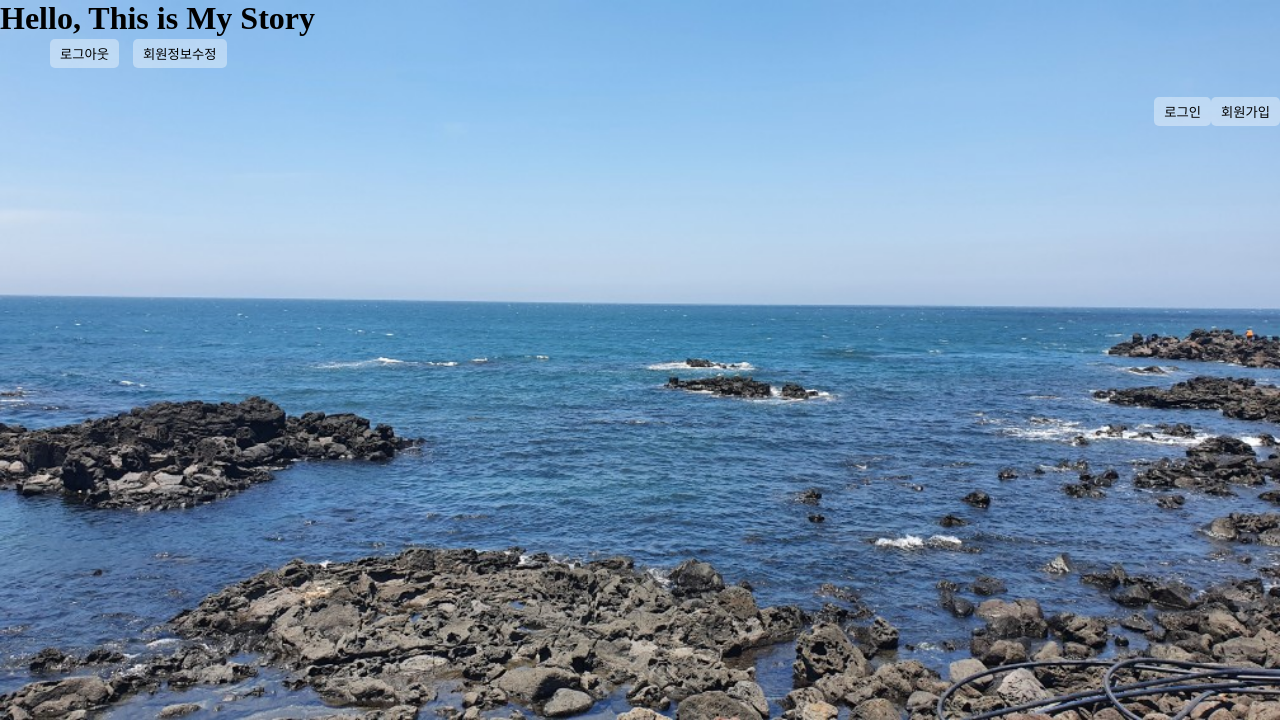
Repository: jeeniii/test2022_12_29
Page: http://localhost/portfolio/mem/login_auth
The author's editor kept a copy of each file at every save. The page is drawn from the files as they stood at one save, then again after the next save.
The browser window is 1280 px wide. The pictures show the whole page.
The page is served by Tomcat 9. Other server files are loaded and not shown. Queries for data that is not in the repository find no rows.

Above is the page before, as saved 2022-12-13 06:01:27.

### JSP_Portfolio/portfolio/src/main/webapp/index.jsp
<%@ page language="java" contentType="text/html; charset=UTF-8"
    pageEncoding="UTF-8"%>
<%@ taglib uri="http://java.sun.com/jsp/jstl/core" prefix="c" %>
<!DOCTYPE html>
<html>
<head>
<meta charset="UTF-8">
<title>Insert title here</title>
<link rel="stylesheet" href="/resources/css/index.css" type="text/css">
</head>
<body>
	<header>
		<div class="topic">
			<h1>Hello, This is My Story</h1>
		</div>
		<div class="realHeader">
			<div class="headbar">
				<ul>
					<li>
					<c:if test="${ses.id ne null }">
						${ses.nick_name }님
					</c:if>
					</li>
					<li>
						<a href="/mem/logout?id=${ses.id }"><button type="button">로그아웃</button></a>
					</li>
					<li>
						<a href="/mem/modify?id=${ses.id }"><button type="button">회원정보수정</button></a>
					</li>
				</ul>
			</div>
		</div>
	</header>
<div class="main_container">
	<div class="main_container2">

		<div class="sub_container">
			<c:if test="${ses.id ne null }">
				<a href="/mem/list"><button type="button">함께하는 이웃들</button></a> <br>
				<a href="/brd/register"><button type="button">게시판 등록</button></a> <br>
				<a href="/brd/pageList"><button type="button">게시판 리스트</button></a><br>
				<a href="/mem/remove?id=${ses.id }" onclick="return confirm('정말 탈퇴하시겠습니까?');"><button type="button">회원 탈퇴</button></a>
			</c:if>
		</div>
	</div>

		<c:if test="${ses.id eq null }">
			<a href="/mem/login"><button type="button">로그인</button></a>
			<a href="/mem/join"><button type="button"> 회원가입</button></a> <br>
		</c:if>
</div>

<script type="text/javascript">
const msg='<c:out value="${msg_login }" />';
console.log(msg);
if(msg =="true"){ //console.log(typeof(msg)); 결과 string이 찍혀서 ""로 감쌌다.
	const id='<c:out value="${ses.nick_name}"/>';
	console.log(id);
	if(id != null){
		alert(id+ "님 환영합니다.");
	}
}else if(msg=="false"){
	alert("아이디 또는 패스워드가 틀립니다.");
}


const msg2='<c:out value="${msg_register }" />';
console.log(msg2);
if(msg2=="false"){
	alert("모든 항목을 입력해주세요");
}else if(msg2=="true"){
	alert("회원가입을 환영합니다.");
}
</script>
</body>
</html>

### JSP_Portfolio/portfolio/src/main/java/controller/MemberController.java
package controller;

import java.io.IOException;
import java.util.List;

import javax.servlet.RequestDispatcher;
import javax.servlet.ServletException;
import javax.servlet.annotation.WebServlet;
import javax.servlet.http.HttpServlet;
import javax.servlet.http.HttpServletRequest;
import javax.servlet.http.HttpServletResponse;
import javax.servlet.http.HttpSession;

import org.slf4j.Logger;
import org.slf4j.LoggerFactory;

import domain.MemberVO;
import service.MemberService;
import service.MemberServiceImpl;

@WebServlet("/mem/*")
public class MemberController extends HttpServlet {
	private static final long serialVersionUID = 1L;
	private Logger log=LoggerFactory.getLogger(MemberController.class);
    private MemberService msv;
    private RequestDispatcher rdp;
    private String destPage;
    private int isOk;

    public MemberController() {
    	msv=new MemberServiceImpl();
    }

	protected void service(HttpServletRequest req, HttpServletResponse res) throws ServletException, IOException {
		req.setCharacterEncoding("utf-8");
		res.setCharacterEncoding("utf-8");
		res.setContentType("text/html; charset=utf-8");

		String uri=req.getRequestURI();
		String path=uri.substring(uri.lastIndexOf("/")+1);
		log.info("uri>> "+uri);
		log.info("path>> "+path);

		switch(path) {
		case "login":
			destPage="/member/login.jsp";
			break;

		case "join":
			destPage="/member/join.jsp";

			break;

		case "register":
			try {
				log.info("register check1");
				MemberVO mvo=new MemberVO(
						req.getParameter("id"),
						req.getParameter("pwd"),
						req.getParameter("nick_name"),
						req.getParameter("phone"),
						req.getParameter("addr1")+req.getParameter("addr2"));
				System.out.println(mvo.getId()=="");
				System.out.println(mvo.getPwd()=="");
				System.out.println(mvo.getNick_name()=="");
				System.out.println(mvo.getPhone()=="");
				if(
						mvo.getId()==""||
						mvo.getPwd()==""||
						mvo.getNick_name()==""||
						mvo.getPhone()=="") {
					log.info("Resend check");
					req.setAttribute("msg_register", false);
					//res.sendRedirect("/");
					destPage="/";
					//return;
				}else {
					isOk=msv.register(new MemberVO(
							req.getParameter("id"),
							req.getParameter("pwd"),
							req.getParameter("nick_name"),
							req.getParameter("phone"),
							req.getParameter("addr1").concat(", ").concat(req.getParameter("addr2"))));
					//concate으로 addr1과 addr2를 이어 붙이면서 그 가운데에 ", "도 더해준다.
					if(isOk>0) {
						req.setAttribute("msg_register", true);
					}
					log.info("register check4");
					destPage="/";
				}
			} catch (Exception e) {
				log.info("register error");
				e.printStackTrace();
			}
			break;

		case "login_auth": //실제 로그인이 일어나는 케이스
			try {
				MemberVO mvo=msv.login(new MemberVO(req.getParameter("id"),req.getParameter("pwd")));
				log.info("login check");
				if(mvo != null) {
					//세션 가져오기. 연결된 세션이 없다면 새로 생성
					HttpSession ses=req.getSession();
					//ses로 mvo를 바인딩
					ses.setAttribute("ses", mvo);
					ses.setMaxInactiveInterval(10*60);
					req.setAttribute("msg_login", true);
				}else {
					req.setAttribute("msg_login", false);
				}
				destPage="/";
			} catch (Exception e) {
				log.info("login_auth error");
				e.printStackTrace();
			}
			break;

		case "logout":
			try {
				HttpSession ses=req.getSession();
				ses.invalidate(); //무효화하다
				//로그인 정보 id를 주고 로그인 시간 update
				isOk=msv.lastLogin(req.getParameter("id"));
				log.info("check1");
				log.info("logout>> :"+(isOk>0?"Ok":"Fail"));
				destPage="/";
			} catch (Exception e) {
				log.info("logout error");
				e.printStackTrace();
			}
			break;

		case "list":
			try {
				log.info("list 1");
				List<MemberVO> list=msv.getList();
				req.setAttribute("list", list);
				log.info("list 4");
				destPage="/member/list.jsp";
			} catch (Exception e) {
				log.info("list error");
				e.printStackTrace();
			}
			break;

		case "modify":
			try {
				log.info("modify1");
				String id=req.getParameter("id");
				MemberVO mvo=msv.modify(id);
				req.setAttribute("mvo", mvo);
				log.info("modify4");
				destPage="/member/modify.jsp";
			} catch (Exception e) {
				log.info("modify error");
				e.printStackTrace();
			}
			break;

		case "update":
			try {
				log.info("update1");
				String id=req.getParameter("id");
				String pwd=req.getParameter("pwd");
				String nick_name=req.getParameter("nick_name");
				String phone=req.getParameter("phone");
				String addr=req.getParameter("addr1").concat(", ").concat(req.getParameter("addr2"));
				MemberVO mvo=new MemberVO(id,pwd,nick_name,phone,addr);
				isOk=msv.update(mvo);
				log.info("update4");
				if(isOk>0) {
					HttpSession ses=req.getSession();
					ses.setAttribute("ses", mvo);
					ses.setMaxInactiveInterval(10*60);
				}else {
					req.setAttribute("msg_update", 0);
				}
				log.info("controller update> "+(isOk>0?"ok":"fail"));
				destPage="/";
			} catch (Exception e) {
				log.info("update error");
				e.printStackTrace();
			}
			break;

		case "remove":
			try {
				log.info("remove1");
				String id=req.getParameter("id");
				HttpSession ses=req.getSession();
				ses.invalidate();
				isOk=msv.remove(id);
				destPage="/";
				log.info("remove4");
			} catch (Exception e) {
				log.info("remove error");
				e.printStackTrace();
				break;

			}
		default:
			break;
		}

		rdp=req.getRequestDispatcher(destPage);
		rdp.forward(req, res);
	}

	protected void doGet(HttpServletRequest request, HttpServletResponse response) throws ServletException, IOException {
		service(request, response);
	}

	protected void doPost(HttpServletRequest request, HttpServletResponse response) throws ServletException, IOException {
		service(request, response);
	}

}

### JSP_Portfolio/portfolio/src/main/java/service/MemberServiceImpl.java
package service;

import java.util.List;

import org.slf4j.Logger;
import org.slf4j.LoggerFactory;

import domain.MemberVO;
import repository.MemberDAO;
import repository.MemberDAOImpl;

public class MemberServiceImpl implements MemberService {
	private static final Logger log=LoggerFactory.getLogger(MemberServiceImpl.class);
	private MemberDAO mdao;

	public MemberServiceImpl() {
		mdao=new MemberDAOImpl();
	}

	@Override
	public int register(MemberVO mvo) {
		log.info("register check2");
		return mdao.insert(mvo);
	}

	@Override
	public MemberVO login(MemberVO mvo) {
		log.info("login check2");
		return mdao.selectOne(mvo);
	}

	@Override
	public int lastLogin(String id) {
		log.info("logout check2");
		return mdao.update(id);
	}

	@Override
	public List<MemberVO> getList() {
		log.info("list check2");
		return mdao.seletList();
	}

	@Override
	public MemberVO modify(String id) {
		log.info("modify check2");
		return mdao.modify(id);
	}

	@Override
	public int update(MemberVO mvo) {
		log.info("update check2");
		return mdao.update(mvo);
	}

	@Override
	public int remove(String id) {
		log.info("remove2");
		return mdao.delete(id);
	}

}

### JSP_Portfolio/portfolio/src/main/java/repository/MemberDAO.java
package repository;

import java.util.List;

import domain.MemberVO;

public interface MemberDAO {

	int insert(MemberVO mvo);

	MemberVO selectOne(MemberVO mvo);

	int update(String id);

	List<MemberVO> seletList();

	MemberVO modify(String id);

	int update(MemberVO mvo);

	int delete(String id);

}

### JSP_Portfolio/portfolio/src/main/java/repository/MemberDAOImpl.java
package repository;


import java.util.List;

import org.apache.ibatis.session.SqlSession;
import org.slf4j.Logger;
import org.slf4j.LoggerFactory;

import domain.MemberVO;
import orm.DataBaseBuilder;

public class MemberDAOImpl implements MemberDAO {
	private static final Logger log=LoggerFactory.getLogger(MemberDAOImpl.class);
	private SqlSession sql;
	private final String NS="MemberMapper.";

	public MemberDAOImpl() {
		new DataBaseBuilder();
		sql=DataBaseBuilder.getFactory().openSession();
	}

	@Override
	public int insert(MemberVO mvo) {
		log.info("check");
		int isOk=sql.insert(NS+"add",mvo);
		if(isOk>0) {
			sql.commit();
		}
		log.info("register check3");
		return isOk;
	}

	@Override
	public MemberVO selectOne(MemberVO mvo) {
		log.info("login check3");
		return sql.selectOne(NS+"login",mvo);
	}

	@Override
	public int update(String id) {
		int isOk=sql.update(NS+"last",id);
		if(isOk>0) {
			sql.commit();
		}
		log.info("logout check3");
		return isOk;
	}

	@Override
	public List<MemberVO> seletList() {
		log.info("list check3");
		return sql.selectList(NS+"list");
	}

	@Override
	public MemberVO modify(String id) {
		log.info("modify check3");
		return sql.selectOne(NS+"modify",id);
	}

	@Override
	public int update(MemberVO mvo) {
		int isOk=sql.update(NS+"update",mvo);
		if(isOk>0) {
			sql.commit();
		}
		log.info("update check3");
		return isOk;
	}

	@Override
	public int delete(String id) {
		log.info("remove3");
		int isOk=sql.delete(NS+"delete",id);
		if(isOk>0) {
			sql.commit();
		}
		return isOk;
	}

}

### JSP_Portfolio/portfolio/src/main/java/orm/DataBaseBuilder.java
package orm;

import org.apache.ibatis.io.Resources;
import org.apache.ibatis.session.SqlSessionFactory;
import org.apache.ibatis.session.SqlSessionFactoryBuilder;

public class DataBaseBuilder {
	private static SqlSessionFactory factory;

	static {
		try {
			factory=new SqlSessionFactoryBuilder().build(Resources.getResourceAsReader("orm/MybatisConfig.xml"));
		} catch (Exception e) {
			System.out.println("mybatis error");
			e.printStackTrace();
		}
	}
	public static SqlSessionFactory getFactory() {
		return factory;
	}

}

### JSP_Portfolio/portfolio/src/main/java/domain/MemberVO.java
package domain;

public class MemberVO {
	/*create table member3 (
	id varchar(100) not null,
	pwd varchar(100) not null,
	nick_name varchar(100) not null,
	reg_at datetime default current_timestamp,
	last_login datetime not null,
	primary key(id));*/
	private String id;
	private String pwd;
	private String nick_name;
	private String phone;
	private String addr;
	private String reg_at;
	private String last_login;

	public MemberVO() {}

	//login(id,pwd)
	public MemberVO(String id,String pwd) {
		this.id=id;
		this.pwd=pwd;
	}
	//join,modify(id,pwd,nick_name)
	public MemberVO(String id,String pwd,String nick_name,String phone,String addr) {
		this.id=id;
		this.pwd=pwd;
		this.nick_name=nick_name;
		this.phone=phone;
		this.addr=addr;
	}
	//list(all)
	public MemberVO(String id,String pwd,String nick_name,String phone,String addr,String reg_at,String last_login) {
		this.id=id;
		this.pwd=pwd;
		this.nick_name=nick_name;
		this.phone=phone;
		this.addr=addr;
		this.reg_at=reg_at;
		this.last_login=last_login;
	}

	public String getId() {
		return id;
	}

	public void setId(String id) {
		this.id = id;
	}

	public String getPwd() {
		return pwd;
	}

	public void setPwd(String pwd) {
		this.pwd = pwd;
	}

	public String getNick_name() {
		return nick_name;
	}

	public void setNick_name(String nick_name) {
		this.nick_name = nick_name;
	}

	public String getReg_at() {
		return reg_at;
	}

	public void setReg_at(String reg_at) {
		this.reg_at = reg_at;
	}

	public String getLast_login() {
		return last_login;
	}

	public void setLast_login(String last_login) {
		this.last_login = last_login;
	}

	public String getPhone() {
		return phone;
	}

	public void setPhone(String phone) {
		this.phone = phone;
	}

	public String getAddr() {
		return addr;
	}

	public void setAddr(String addr) {
		this.addr = addr;
	}

}

### JSP_Portfolio/portfolio/src/main/java/domain/BoardVO.java
package domain;

public class BoardVO {
	private int bno;
	private String title;
	private String writer;
	private String content;
	private String reg_date;
	private int read_count;
	private String image_file;

	public BoardVO() {}

	//insert(title,writer,content)
	public BoardVO(String title,String writer,String content) {
		this.title=title;
		this.writer=writer;
		this.content=content;
	}
	//list(bno,title,writer,reg_date,read_count)
	public BoardVO(int bno,String title,String writer,String reg_date,int read_count) {
		this.bno=bno;
		this.title=title;
		this.writer=writer;
		this.reg_date=reg_date;
		this.read_count=read_count;
	}
	//update(bno,title,content)
	public BoardVO(int bno,String title,String content) {
		this.bno=bno;
		this.title=title;
		this.content=content;
	}
	//count(bno,read_count)
	public BoardVO(int bno,int read_count) {
		this.bno=bno;
		this.read_count=read_count;
	}

	public int getBno() {
		return bno;
	}

	public void setBno(int bno) {
		this.bno = bno;
	}

	public String getTitle() {
		return title;
	}

	public void setTitle(String title) {
		this.title = title;
	}

	public String getWriter() {
		return writer;
	}

	public void setWriter(String writer) {
		this.writer = writer;
	}

	public String getContent() {
		return content;
	}

	public void setContent(String content) {
		this.content = content;
	}

	public String getReg_date() {
		return reg_date;
	}

	public void setReg_date(String reg_date) {
		this.reg_date = reg_date;
	}

	public int getRead_count() {
		return read_count;
	}

	public void setRead_count(int read_count) {
		this.read_count = read_count;
	}

	public String getImage_file() {
		return image_file;
	}

	public void setImage_file(String image_file) {
		this.image_file = image_file;
	}

}

### JSP_Portfolio/portfolio/src/main/java/domain/PagingVO.java
package domain;

public class PagingVO {
	private int pageNo;
	private int qty;

	public PagingVO() {
		this(1,5);
	}

	public PagingVO(int pageNo,int qty) {
		this.pageNo=pageNo;
		this.qty=qty;
	}

	public int getPageStart() {
		return (this.pageNo-1)*qty;
	}

	public void setPageNo(int pageNo) {
		this.pageNo = pageNo;
	}

	public int getQty() {
		return qty;
	}

	public void setQty(int qty) {
		this.qty = qty;
	}

	public int getPageNo() {
		return pageNo;
	}

}

### JSP_Portfolio/portfolio/src/main/webapp/resources/css/index.css
@charset "UTF-8";
* {
    margin: 0;
    padding: 0;
    box-sizing: border-box;
}
body{
	width:100%;
	height:100%;
	background-image: url("/resources/제주 바다.jpg");
	background-repeat: no-repeat;
	background-size: cover;
}
.realHeader{
	display: flex;
}
.headbar{
	padding: 0px 30px;
	height: 60px;
}
.headbar>ul{
	float: right;
    list-style-type: none;
}
.headbar>ul>li{
	display: inline;;
	margin-left: 10px;
	line-height: 30px;
	vertical-align: middle;
}
.headbar>ul>li>a{
	font-size: 20px;
	font-weight: 700px;
	color: black;
    text-decoration-line:none ;
}

.main_container{
	display: flex;
	min-width:100%;
	min-height:50%;
}
.main_container2{
	display: inline-block;
	margin: 0 auto;
}
button[type="button"]{
	border: 0px;
	padding: 5px 10px;
	border-radius: 5px;
	background-color: rgba(255, 255, 255, 0.377);
}

After the next save:
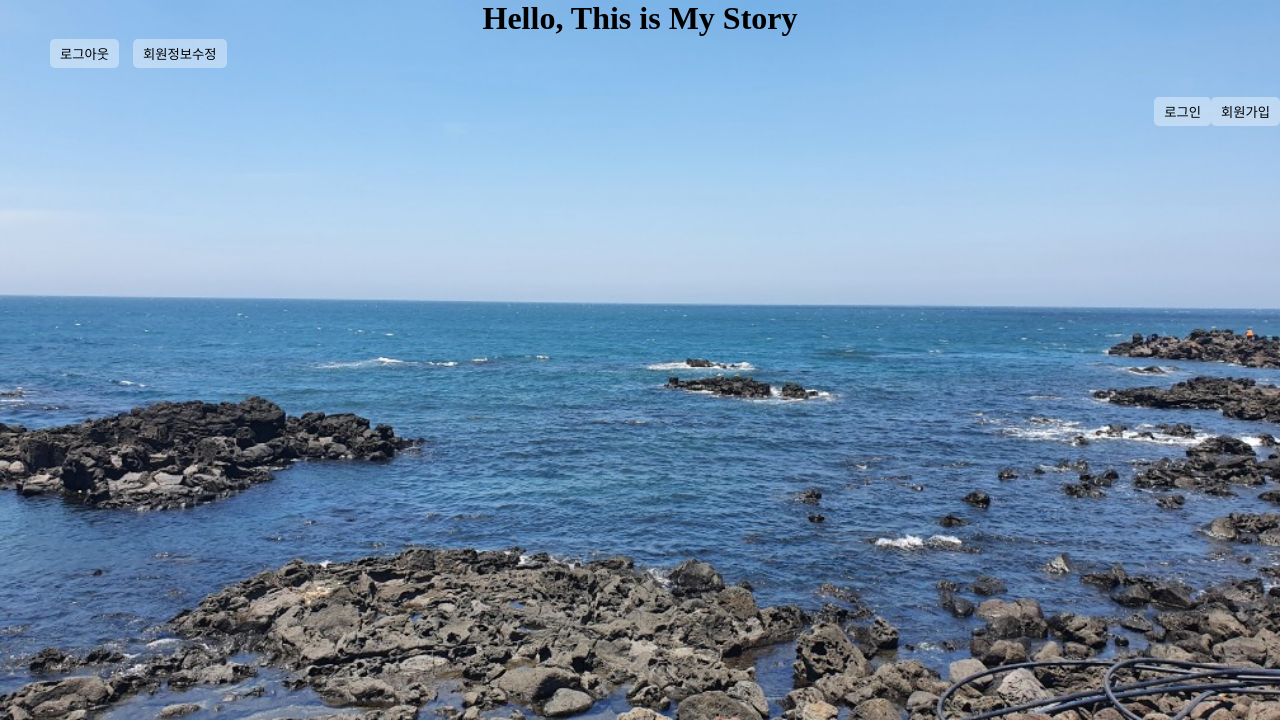
Saved 18 s later.
--- a/JSP_Portfolio/portfolio/src/main/webapp/resources/css/index.css
+++ b/JSP_Portfolio/portfolio/src/main/webapp/resources/css/index.css
@@ -10,6 +10,9 @@ body{
 	background-image: url("/resources/제주 바다.jpg");
 	background-repeat: no-repeat;
 	background-size: cover;
+}
+.topic{
+	text-align: center;
 }
 .realHeader{
 	display: flex;
